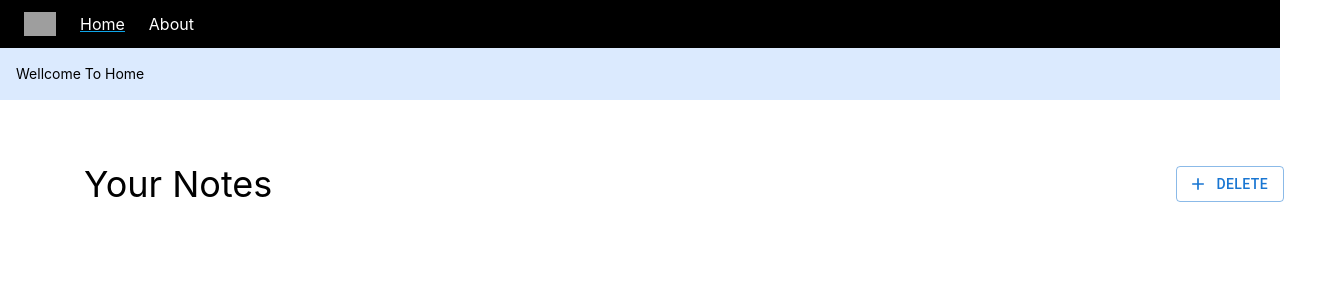
Repository: sonawaneteju4/iNote
Page: /
An editor plug-in stored every save of this project. The page is shown before and after a run of saves, followed by the edit.
The browser window is 1280 px wide. The page is 1324 px wide, so the pictures cover 1324 px, including what lies to the right of the window. The pictures show the whole page.
Pictures or frames that could not be fetched are drawn as grey boxes. The page's requests for data from a server got no answer. Some web libraries are served in a nearby version. The project was rebuilt for these pictures with package versions that can differ from the ones it lists, and the page was loaded fresh each time. No one was signed in, and anything a server would have sent is missing. Also part of the build but not shown: src/App.css, src/components/NoteModal.js, src/components/NoteCard.js, src/components/About.js.

Above is the page before, as saved 2022-10-12 01:01:33.

After the next 2 saves:
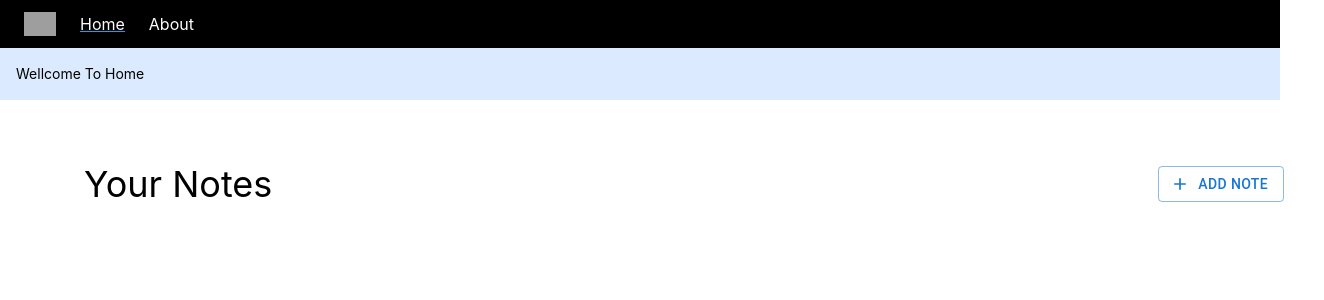
The 2 saves are shown as one change because they came seconds apart.
The last was saved 34 s later.
--- a/src/components/AllNotes.js
+++ b/src/components/AllNotes.js
@@ -27,7 +27,7 @@ const Notes = () => {
       <div className="flex justify-between items-center">
         <h1 className="py-5 text-4xl">Your Notes</h1>
         <Button variant="outlined" className="border-2" startIcon={<AddIcon />} onClick={() => setShowModal(true)}>
-          Delete
+          Add Note
         </Button>
         {showModal && <NoteModal closeModal={setShowModal} />}
         {showModalForUpdate && (
